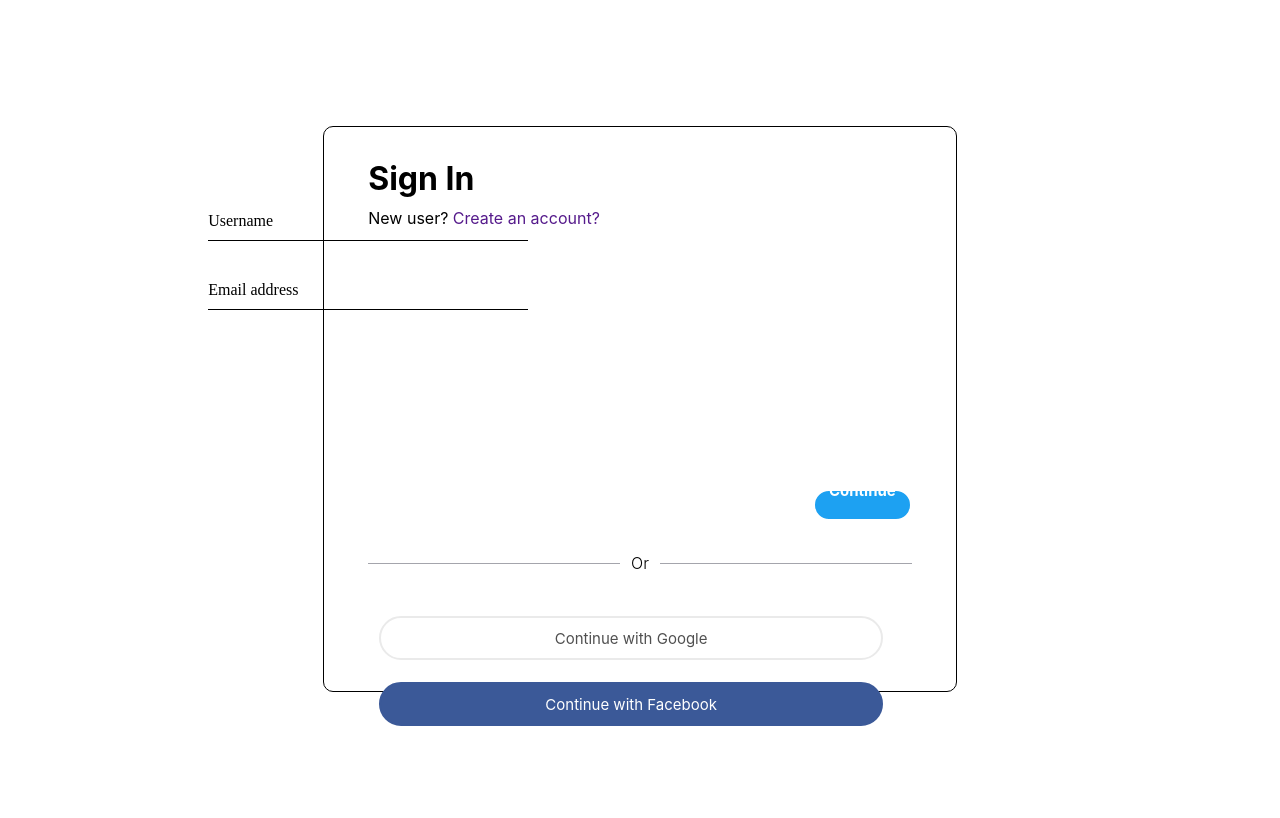
Repository: thangluu93/WereWolf
Page: Template/signIn.html
The author's editor kept a copy of each file at every save. The page is drawn from the files as they stood at one save, then again after the next save.
The browser window is 1280 px wide. The pictures show the whole page.

Above is the page before, as saved 2020-01-13 15:52:41.

After the next save:
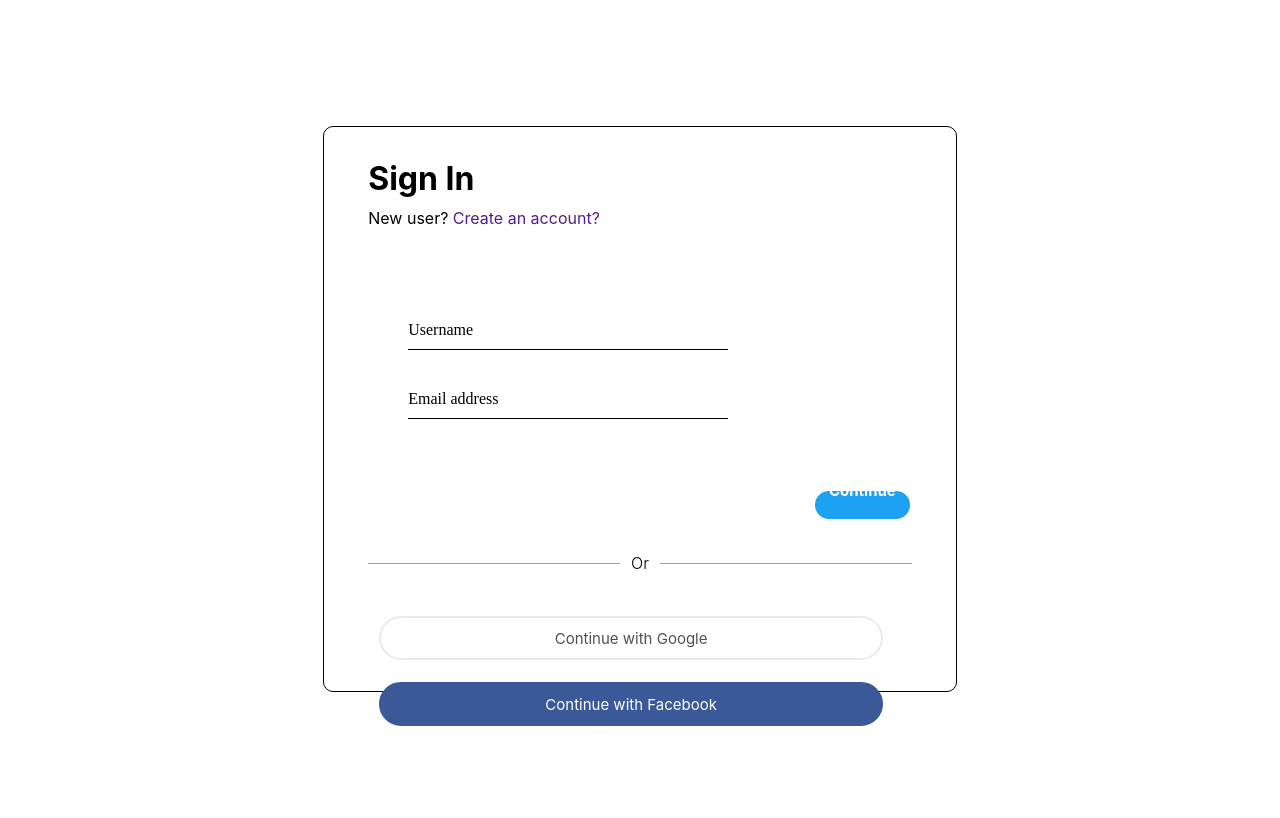
Saved 3 min 37 s later.
--- a/Stylesheet/signInStyle.css
+++ b/Stylesheet/signInStyle.css
@@ -193,7 +193,7 @@ a{
 
     top: 50%;
     left: 50%;
-    transform: translate(-50%, -50%);
+
     width: 400px;
     padding: 40px;
     box-sizing: border-box;
